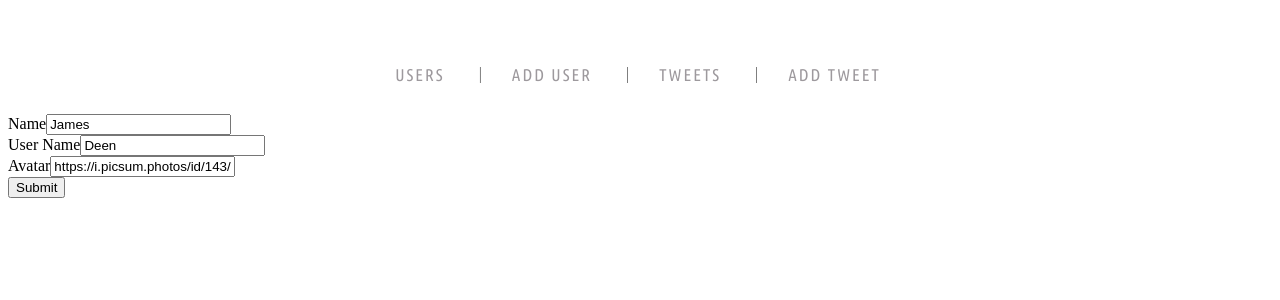
Repository: andbilous/cursor-redux-thunk
Page: /addUser
These files come from the project's save history. The page is drawn as it stood at one moment and after a run of saves; the edit follows.
The browser window is 1280 px wide. The pictures show the whole page.
The project was rebuilt for these pictures with package versions that can differ from the ones it lists, and the page was loaded fresh each time. Also part of the build but not shown: src/pages/Users.jsx, src/API/tweets.api.js, src/redux/tweets/actions.js, src/pages/Tweets.jsx, src/pages/AddTweet.jsx.

Above is the page before, as saved 2020-04-26 19:28:34.

After the next 10 saves:
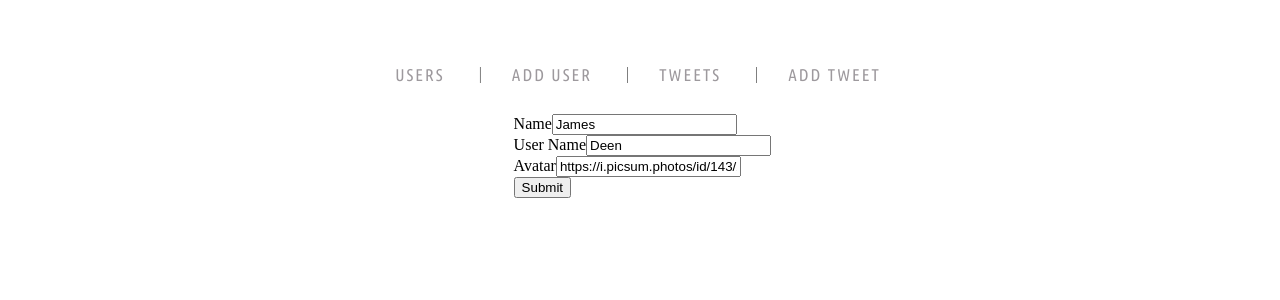
The 10 saves are shown as one change because 2 did not build or start and some came seconds apart.
The last was saved 42 s later.
--- a/src/pages/AddUser.jsx
+++ b/src/pages/AddUser.jsx
@@ -11,7 +11,7 @@ const AddUser = (props) => {
     `https://i.picsum.photos/id/${Math.floor(Math.random() * (500 - 6) + 5)}/200/300.jpg`
     );
   return (
-    <Form inline>
+    <Form style={{marginLeft:'40%'}} inline>
     <FormGroup className="mb-2 mr-sm-2 mb-sm-0">
       <Label for="name" className="mr-sm-2">Name</Label>
       <Input type="text" value={name} onChange={(e)=>setName(e.target.value)}  name="name" id="name" placeholder="Name" />
